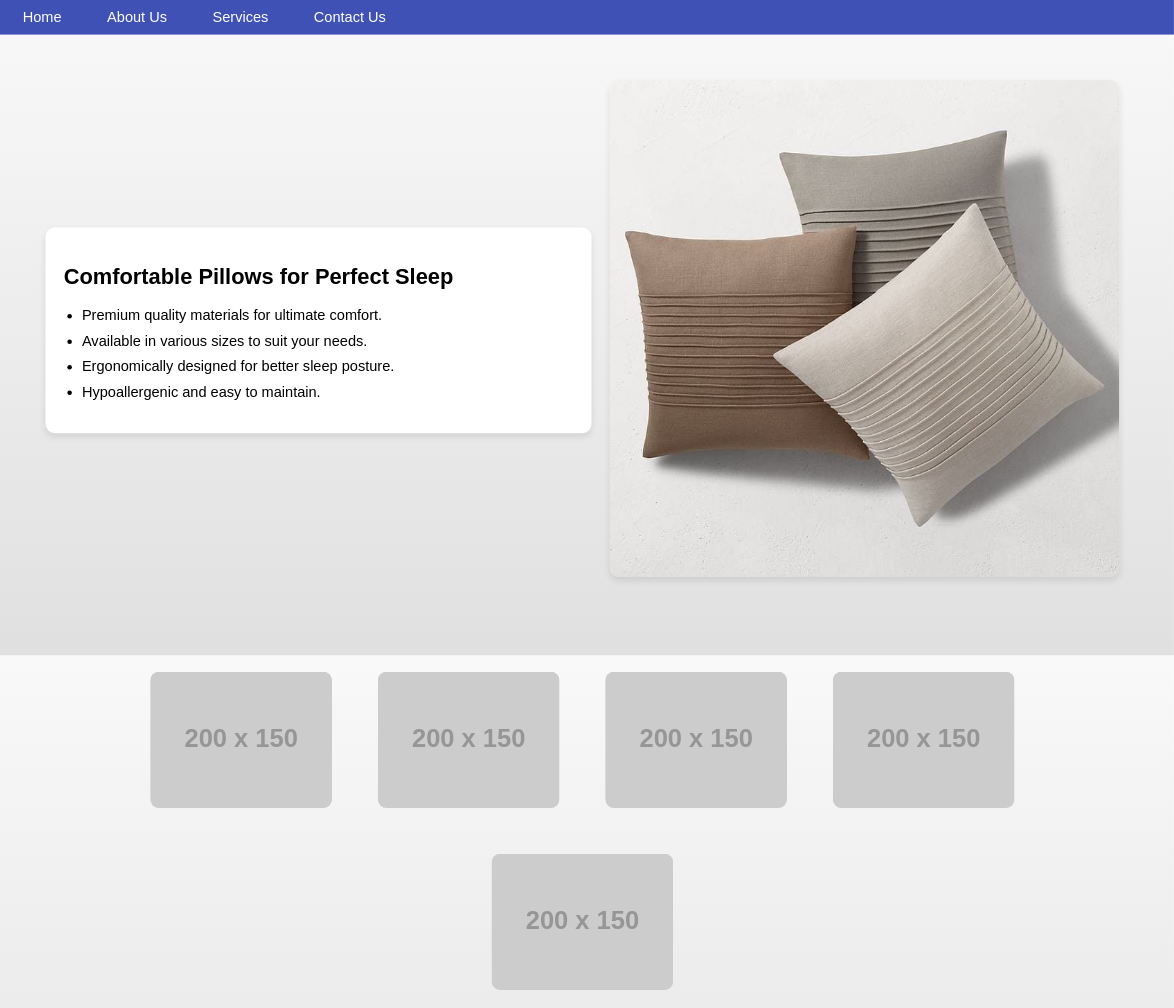
Repository: nadafgroup/rashidgadiUI
Page: src/pillow.html
The author's editor kept a copy of each file at every save. The page is drawn from the files as they stood at one save, then again after the next save.
The browser window is 1280 px wide. The page is 1290 px wide, so the pictures cover 1290 px, including what lies to the right of the window. The pictures show the whole page, at 91% of full size.

Above is the page before, as saved 2025-01-24 12:47:44.

After the next save:
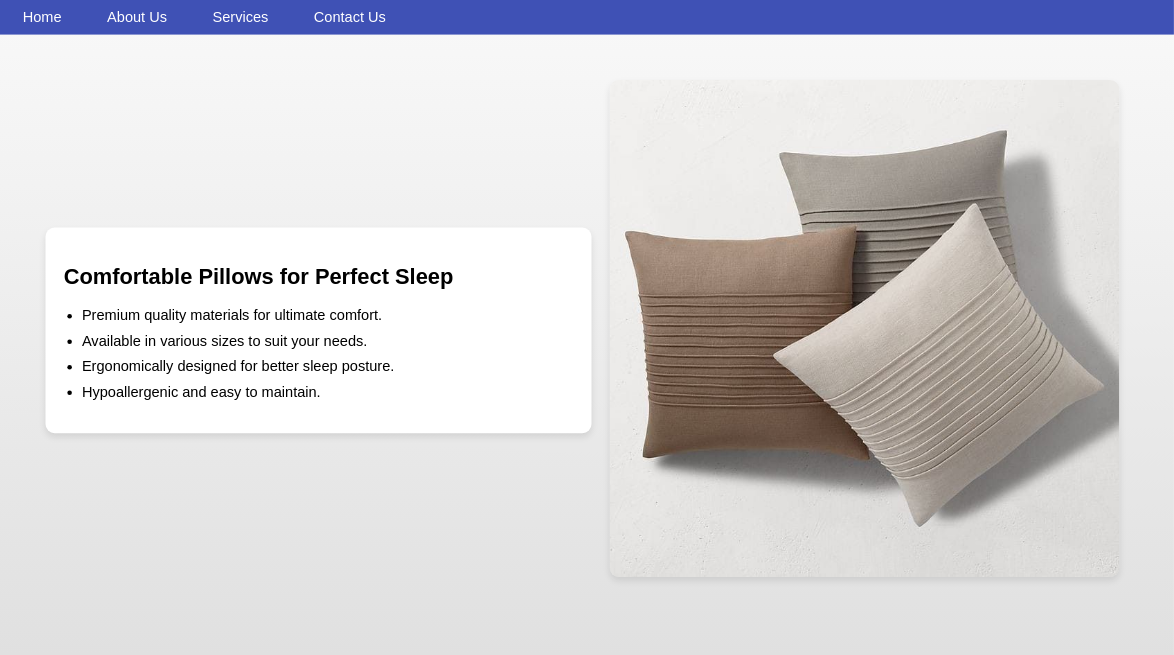
Saved 14 s later.
--- a/src/pillow.html
+++ b/src/pillow.html
@@ -45,12 +45,6 @@
         </div>
     </div>
 
-    <div class="gallery">
-        <img src="https://via.placeholder.com/200x150" alt="Gallery Image 1">
-        <img src="https://via.placeholder.com/200x150" alt="Gallery Image 2">
-        <img src="https://via.placeholder.com/200x150" alt="Gallery Image 3">
-        <img src="https://via.placeholder.com/200x150" alt="Gallery Image 4">
-        <img src="https://via.placeholder.com/200x150" alt="Gallery Image 5">
-    </div>
+
 </body>
 </html>
